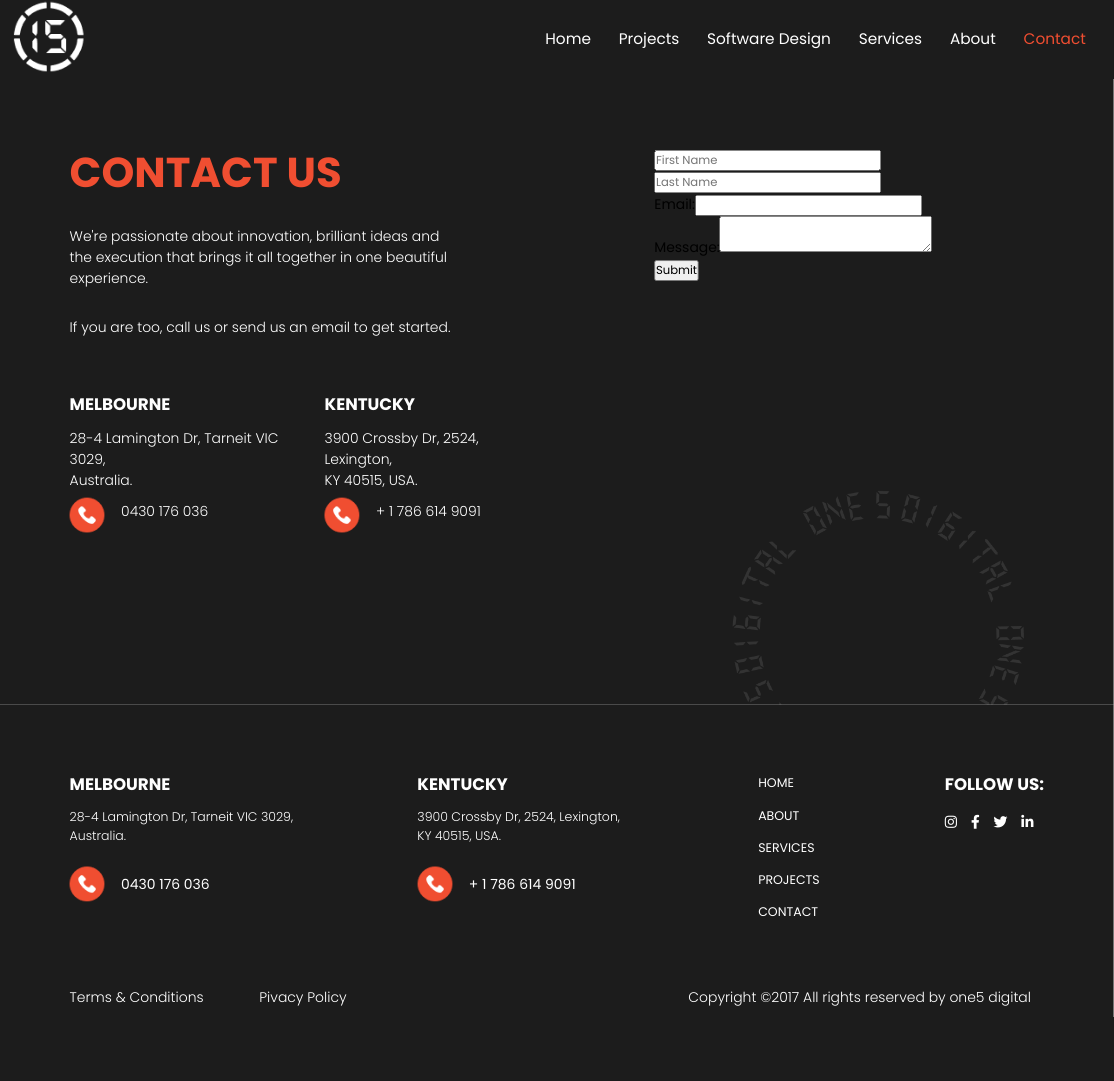
Repository: gopalpurohit54/one5
Page: /Contact
The author's editor kept a copy of each file at every save. The page is drawn from the files as they stood at one save, then again after the next save.
The browser window is 1280 px wide. The pictures show the whole page, at 87% of full size.
The project was rebuilt for these pictures with package versions that can differ from the ones it lists, and the page was loaded fresh each time. Also part of the build but not shown: src/components/Button.js, src/components/HeroSection.css, src/components/HeroSection.js, src/components/OurProjects.css, src/components/OurProjects.js, src/components/OurServices.js, src/components/AboutUs.css, src/components/AboutUs.js and 30 more.

Above is the page before, as saved 2021-06-22 14:27:01.

After the next save:
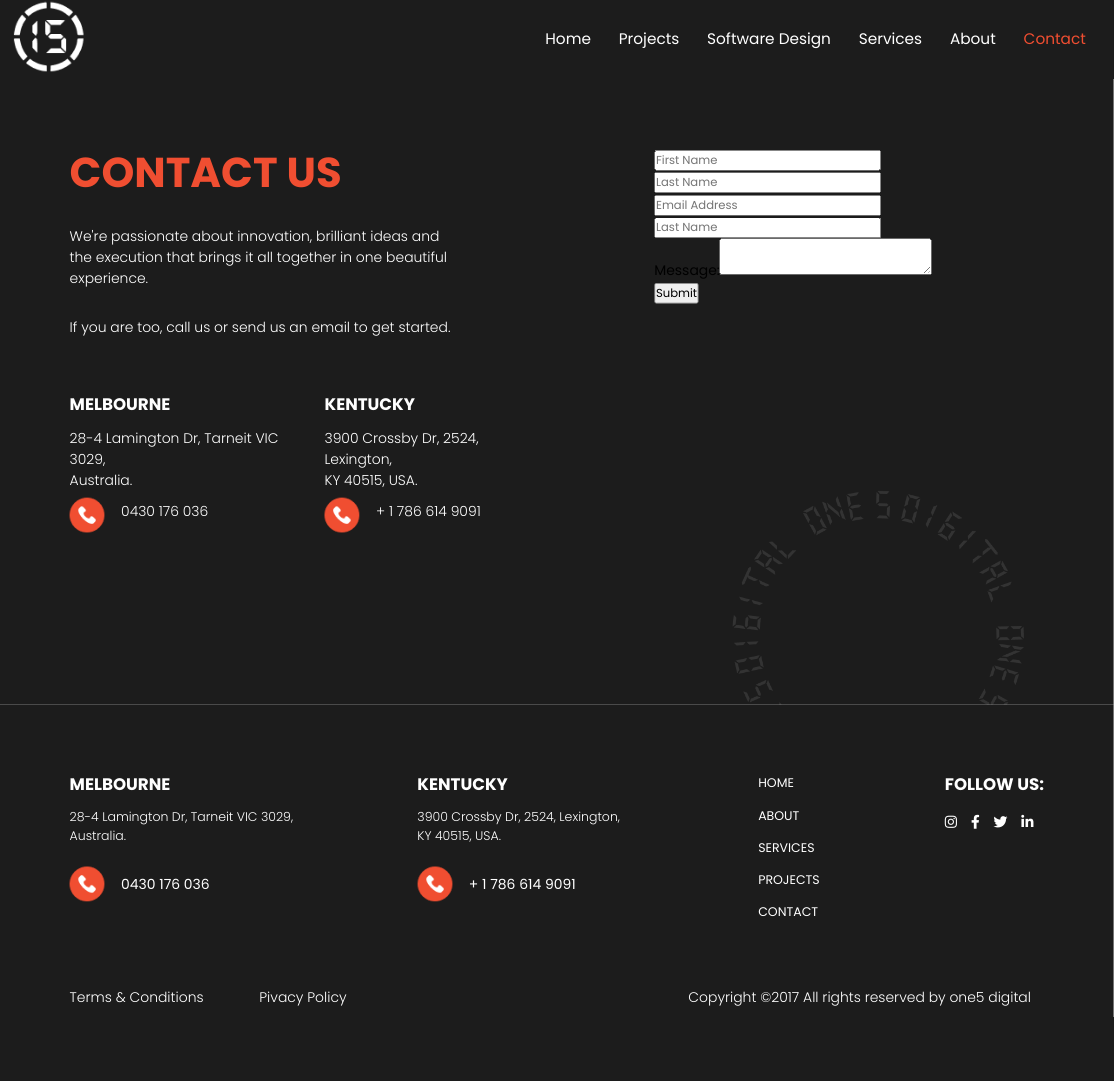
Saved 75 min 38 s later.
--- a/src/components/ContactPage.js
+++ b/src/components/ContactPage.js
@@ -56,8 +56,12 @@ import './ContactPage.css';
                         </div>
                     </div>
                     <div>
-                        <label htmlFor="email">Email:</label>
-                        <input type="email" id="email" required />
+                        <div>
+                            <input placeholder="Email Address" type="email" id="email" required />
+                        </div>
+                        <div>
+                            <input placeholder="Last Name" type="text" id="name" required />
+                        </div>
                     </div>
                     <div>
                         <label htmlFor="message">Message:</label>
